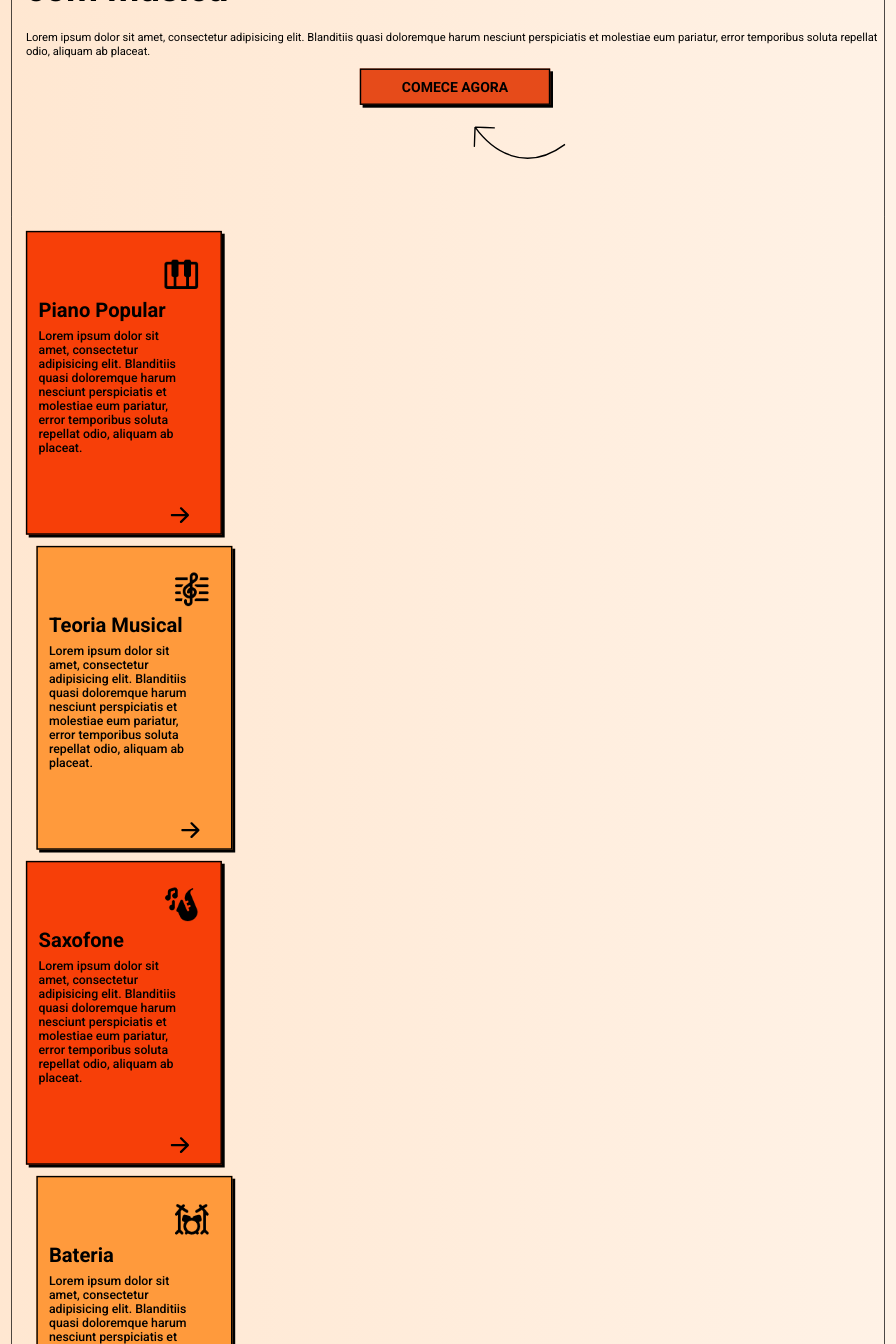
Repository: guilhermecardoso93/obebitecode
Page: index.html
These files come from the project's save history. The page is drawn as it stood at one moment and after the next save; the edit follows.
The browser window is 1280 px wide. The pictures show the part of the page from y = 1067 to 2987 px (the page is 4110 px tall before and 3950 px after), at 70% of full size.

Above is the page before, as saved 2023-08-16 20:55:10.

After the next save:
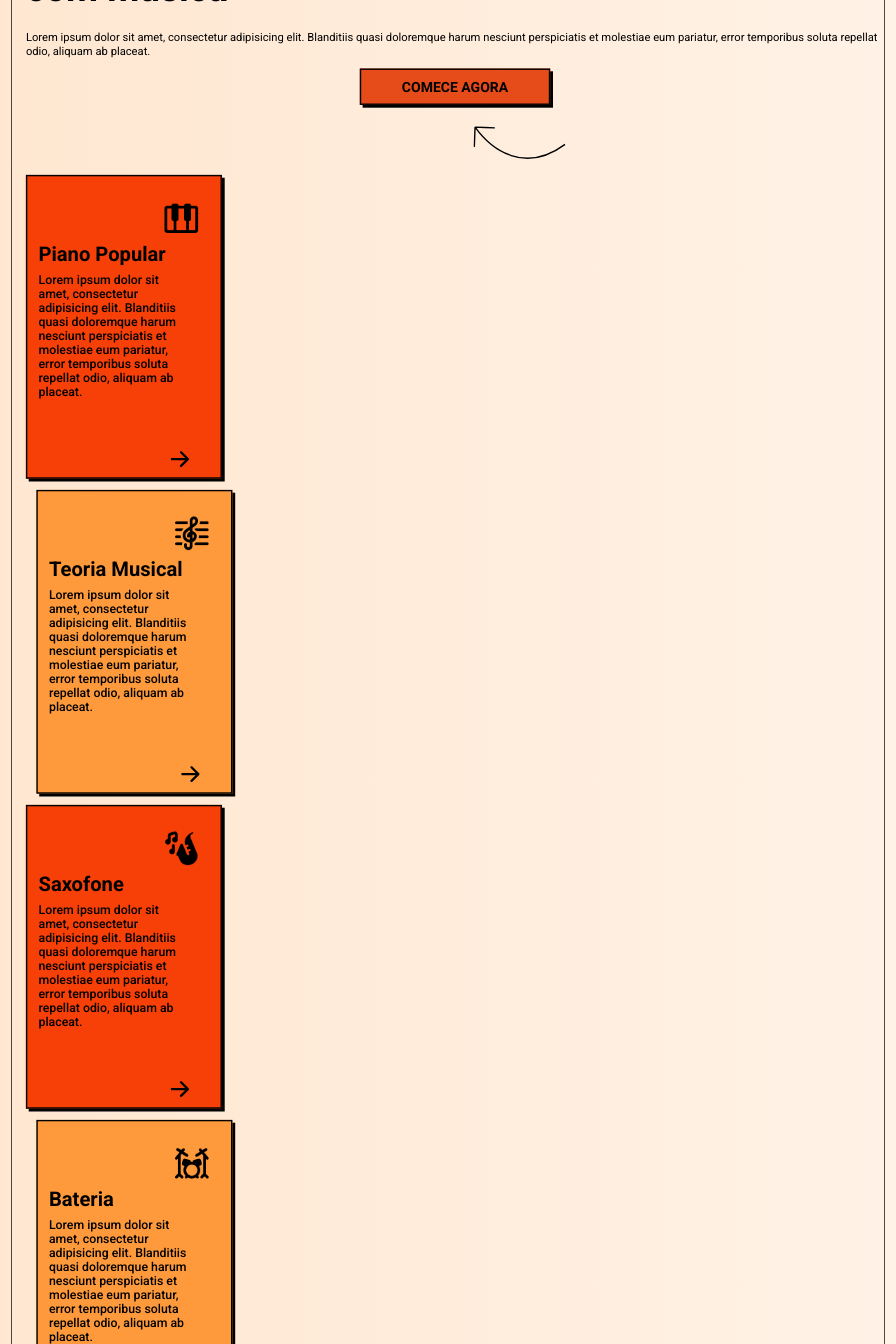
Saved 6 s later.
--- a/css/main.css
+++ b/css/main.css
@@ -1,6 +1,6 @@
 .hero-section {
   padding-right: 0;
-  padding-bottom: 10rem;
+  padding-bottom: 5rem;
 }
 
 .hero-section img {
